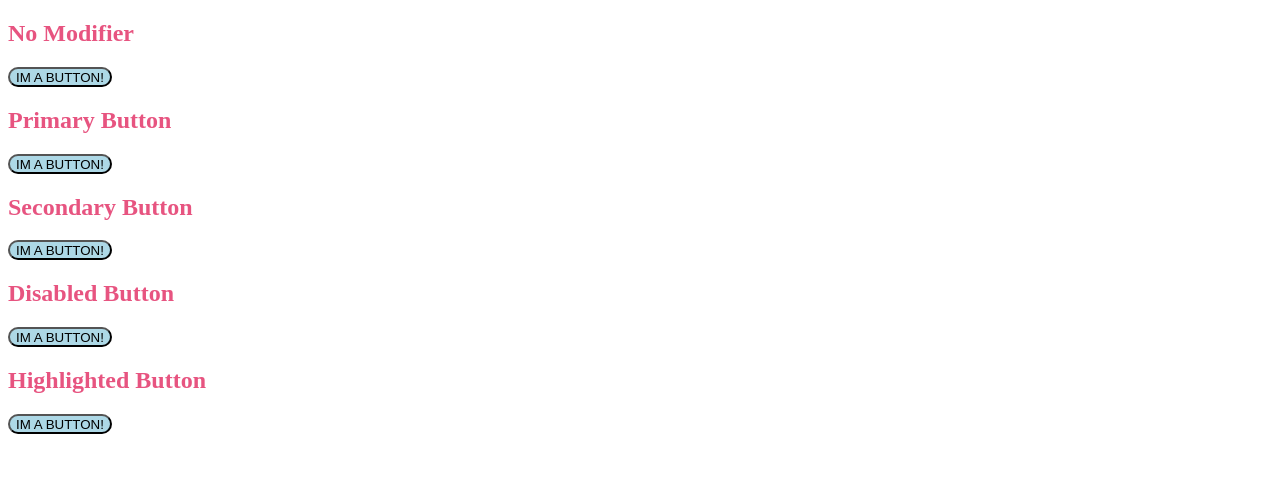
Repository: Jvien2/3126-repo
Page: index.html
An editor plug-in stored every save of this project. The page is shown before and after a run of saves, followed by the edit.
The browser window is 1280 px wide. The pictures show the whole page.

Above is the page before, as saved 2026-10-01 00:58:36.
Not found: code.js

After the next 2 saves:
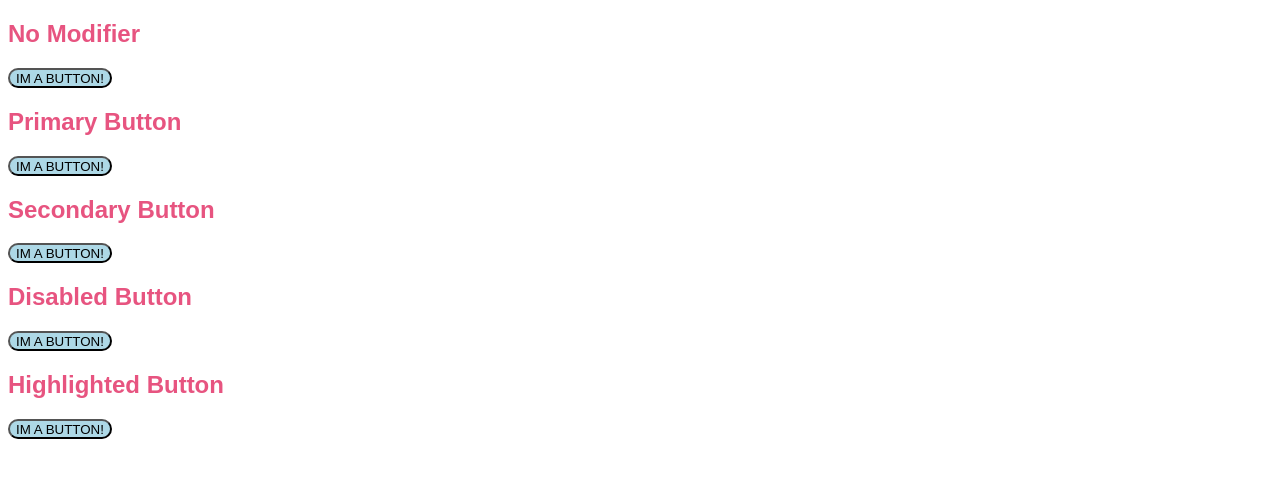
The 2 saves are shown as one change because they came seconds apart.
The last was saved 22 s later.
--- a/style.css
+++ b/style.css
@@ -1,5 +1,6 @@
 h2 {
-    color: #e75480
+    color: #e75480;
+    font-family: Arial, Helvetica, sans-serif;
 }
 
 .btn {
